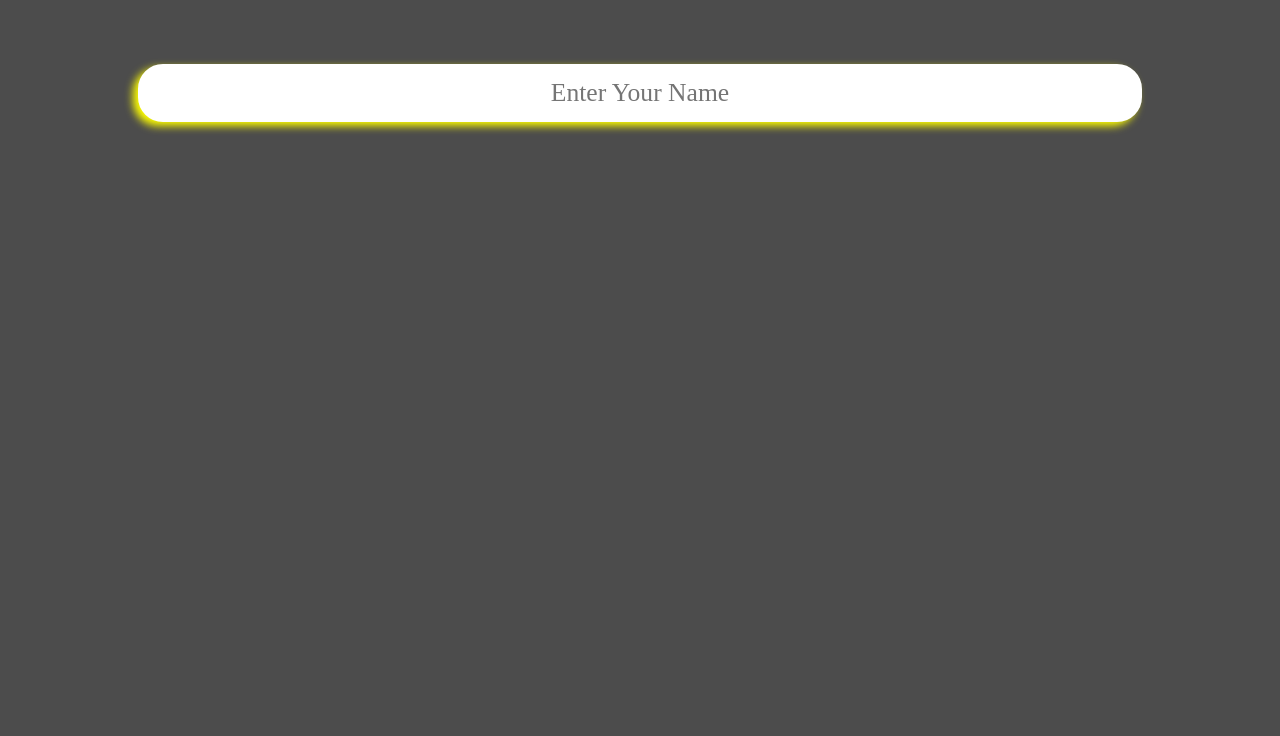
Repository: Haneef-Shaik/Greetings
Page: /
The author's editor kept a copy of each file at every save. The page is drawn from the files as they stood at one save, then again after a run of saves.
The browser window is 1280 px wide. The pictures show the whole page.
The project was rebuilt for these pictures with package versions that can differ from the ones it lists, and the page was loaded fresh each time. The framework's server and built-in components were replaced by stand-ins that run in the browser. Also part of the build but not shown: next.config.js, styles/card.module.scss, components/card.js, styles/socialShare.module.scss, components/socialShare.js.

Above is the page before, as saved 2021-12-01 20:15:14.

After the next 2 saves:
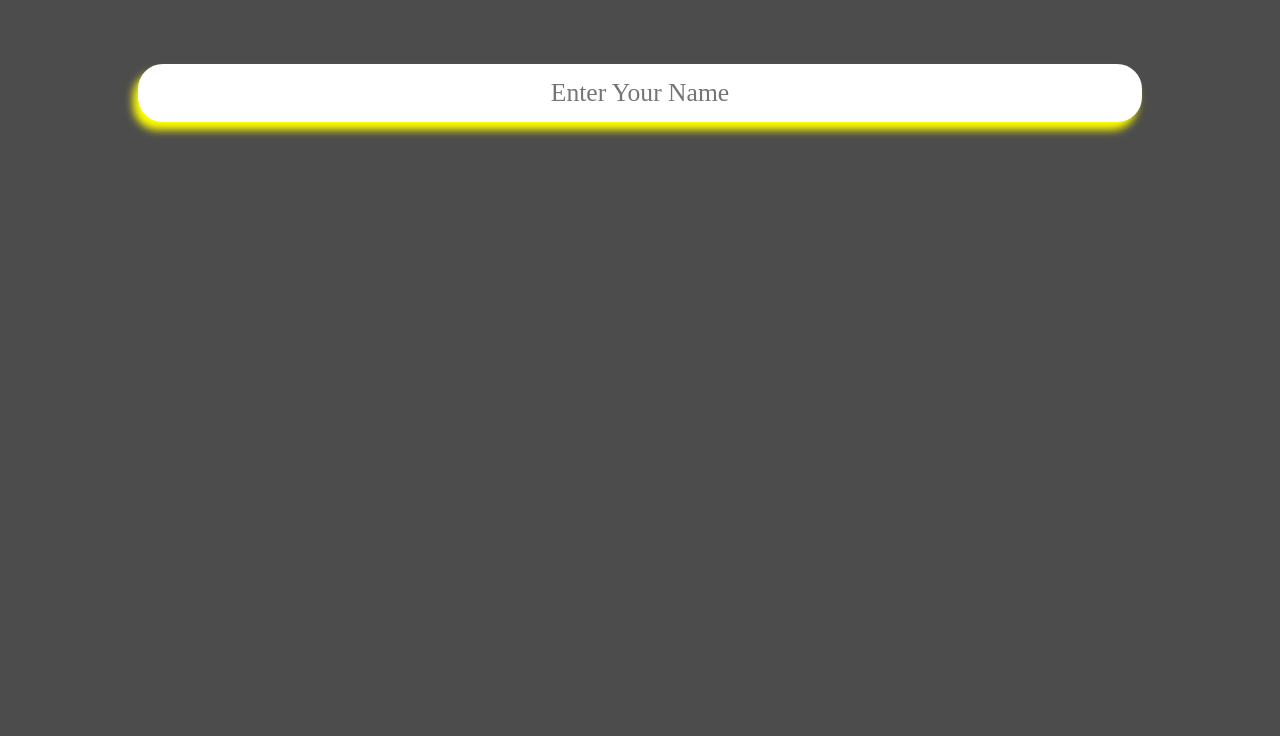
The 2 saves are shown as one change because they came seconds apart.
The last was saved 8 s later.
--- a/styles/form.module.scss
+++ b/styles/form.module.scss
@@ -11,7 +11,7 @@
         border:5px solid #FFFFFF;
         border-radius:25px;
         background-color:#fff;
-        box-shadow: -5px 4px 8px yellow;
+        box-shadow: -5px 8px 8px yellow;
         line-height:3rem;
 
     }
